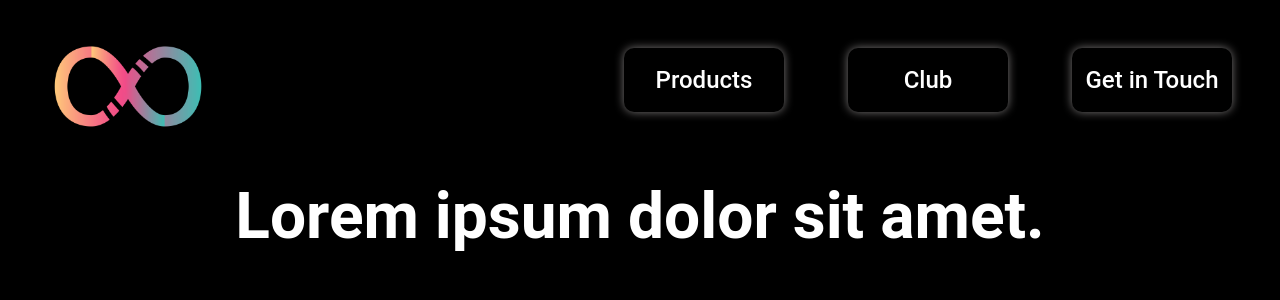
Repository: kapil4457/vizion-internship-project
Page: /
These files come from the project's save history. The page is drawn as it stood at one moment and after the next save; the edit follows.
The browser window is 1280 px wide. The pictures show the whole page.
The project was rebuilt for these pictures with package versions that can differ from the ones it lists, and the page was loaded fresh each time. Also part of the build but not shown: src/index.css.

Above is the page before, as saved 2022-10-29 09:46:54.

### public/index.html
<!DOCTYPE html>
<html lang="en">
  <head>
    <meta charset="utf-8" />
    <link rel="icon" href="%PUBLIC_URL%/favicon.ico" />
    <meta name="viewport" content="width=device-width, initial-scale=1" />
    <meta name="theme-color" content="#000000" />
    <meta
      name="description"
      content="Web site created using create-react-app"
    />
    <link rel="preconnect" href="https://fonts.googleapis.com">
    <link rel="apple-touch-icon" href="%PUBLIC_URL%/logo192.png" />
    <!--
      manifest.json provides metadata used when your web app is installed on a
      user's mobile device or desktop. See https://developers.google.com/web/fundamentals/web-app-manifest/
    -->
    <link rel="manifest" href="%PUBLIC_URL%/manifest.json" />
    <!--
      Notice the use of %PUBLIC_URL% in the tags above.
      It will be replaced with the URL of the `public` folder during the build.
      Only files inside the `public` folder can be referenced from the HTML.

      Unlike "/favicon.ico" or "favicon.ico", "%PUBLIC_URL%/favicon.ico" will
      work correctly both with client-side routing and a non-root public URL.
      Learn how to configure a non-root public URL by running `npm run build`.
    -->
    <title>React App</title>
  </head>
  <body>
    <noscript>You need to enable JavaScript to run this app.</noscript>
    <div id="root"></div>
    <!--
      This HTML file is a template.
      If you open it directly in the browser, you will see an empty page.

      You can add webfonts, meta tags, or analytics to this file.
      The build step will place the bundled scripts into the <body> tag.

      To begin the development, run `npm start` or `yarn start`.
      To create a production bundle, use `npm run build` or `yarn build`.
    -->
  </body>
</html>

### src/index.js
import React from 'react';
import ReactDOM from 'react-dom/client';
import './index.css';
import App from './App';
import reportWebVitals from './reportWebVitals';
import { BrowserRouter } from 'react-router-dom';
const root = ReactDOM.createRoot(document.getElementById('root'));
root.render(
  <BrowserRouter >
  <React.StrictMode>
    <App />
  </React.StrictMode>
  </BrowserRouter>
);

// If you want to start measuring performance in your app, pass a function
// to log results (for example: reportWebVitals(console.log))
// or send to an analytics endpoint. Learn more: https://bit.ly/CRA-vitals
reportWebVitals();

### src/App.js
import { Route, Routes } from 'react-router-dom';
import './App.css';
import Header from './components/Header/Header';
import Home from './components/Home/Home';

function App() {
  return (
   <>
<Header />
   <Routes>
<Route exact path='/' element={<Home />} />


   </Routes>



   </>
  );
}

export default App;

### src/App.css
*{
margin:0;
padding:0;
box-sizing: border-box;
font-family: 'Roboto', sans-serif;}

body{
  background-color: black;
  color : white;

}
a{
  text-decoration: none;;
  color:white;
}

.active{
  color:red;
}

### src/components/Header/Header.jsx
import React from "react";
import { NavLink } from "react-router-dom";
import Logo from "./logo.png";
import "./Header.css";
const Header = () => {
  return (
    <div className="main-header">
      <NavLink to="/" className="left-header">
        <img src={Logo} alt="" />
      </NavLink>
      <div className="right-header">
        <NavLink to="/products">Products</NavLink>
        <NavLink to="/club">Club</NavLink>
        <NavLink to="/contact">Get in Touch</NavLink>
      </div>
    </div>
  );
};

export default Header;

### src/components/Home/Home.jsx
import React from "react";
import "./Home.css";
const Home = () => {
  return (
    <div className="main-home">
      <h2 className="heading">Lorem ipsum dolor sit amet.</h2>
    </div>
  );
};

export default Home;

### src/components/Header/Header.css
.main-header{
    height:10rem;
    /* border:1px solid white */
    display:flex;
    justify-content: space-between;
    align-items: center;
    padding:0rem 3rem
}

.main-header > .left-header >img{
    height:10rem;

}

.main-header > .right-header
{
    display:flex;
    gap:4rem;
    font-size:1.5rem;
    font-weight:550
}

.main-header > .right-header>a{
    height:4rem;
    width:10rem;
    display:flex;
    justify-content: center;
   align-items: center;
   border-radius:10px;
   box-shadow: 0px 0px 10px rgba(243, 238, 238,0.5);
   transition: all 0.2s;
}
.main-header > .right-header>a:hover{

    box-shadow: 0px 0px 20px rgba(243, 238, 238,0.5);
    transform: scale(1.01);
   }

### src/components/Home/Home.css
.main-home{
    color:white;
    width:100%;

}

.main-home > h2{
    width:100%;
    /* border:1px solid white; */
    height:7rem;
    display: flex;
    justify-content: center;
    align-items:center;
    font-size:4rem

}

Loaded but not shown: src/reportWebVitals.js (common file)

After the next save:
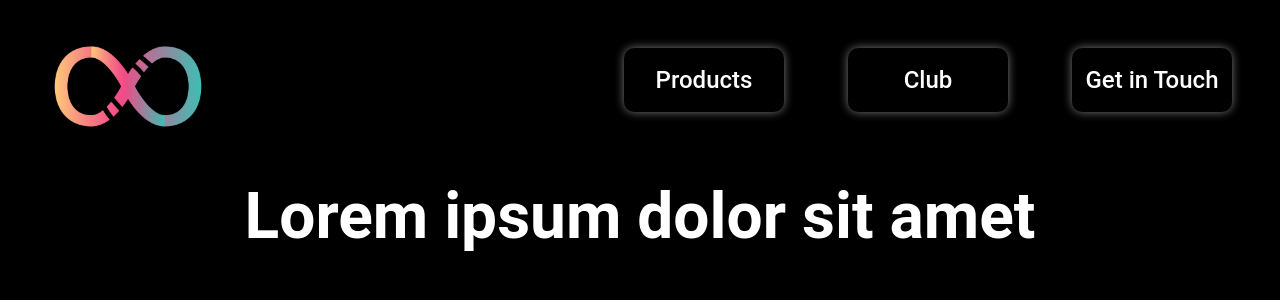
Saved 7 s later.
--- a/src/components/Home/Home.jsx
+++ b/src/components/Home/Home.jsx
@@ -3,7 +3,7 @@ import "./Home.css";
 const Home = () => {
   return (
     <div className="main-home">
-      <h2 className="heading">Lorem ipsum dolor sit amet.</h2>
+      <h2 className="heading">Lorem ipsum dolor sit amet</h2>
     </div>
   );
 };
